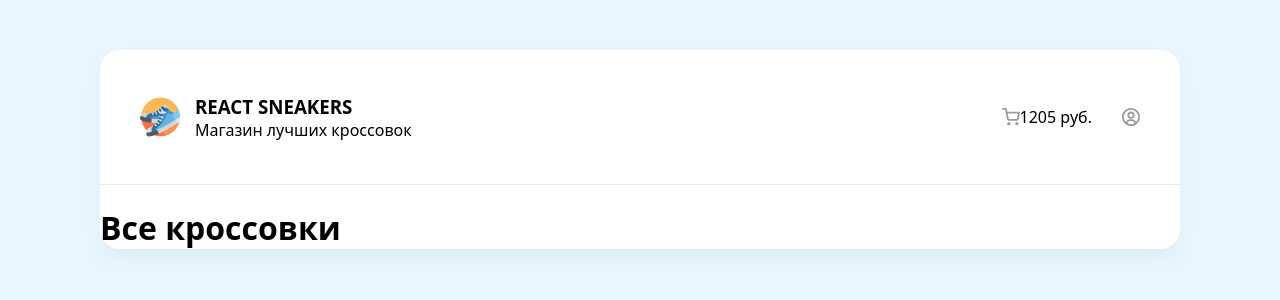
Repository: VaheHarutyunyan/react-sneakers
Page: /
An editor plug-in stored every save of this project. The page is shown before and after the next save, followed by the edit.
The browser window is 1280 px wide. The pictures show the whole page.
The project was rebuilt for these pictures with package versions that can differ from the ones it lists, and the page was loaded fresh each time.

Above is the page before, as saved 2021-07-22 12:59:45.

### src/index.scss
body {
  margin: 0;
  font-family: system-ui;
  -webkit-font-smoothing: antialiased;
  -moz-osx-font-smoothing: grayscale;
  background: #E7F6FF;
}
*{
  list-style: none;
  text-decoration: none;
}
.wrapper{
  background: #FFFFFF;
  box-shadow: 0px 10px 20px rgba(0, 0, 0, 0.04);
  border-radius: 20px;
  max-width: 1080px;
  margin: 50px auto;
}
header{
  display: flex;
  justify-content: space-between;
  align-items: center;
  padding: 40px;
  border-bottom: 1px solid #EAEAEA;

  .headerLeft{
    display: flex;
    align-items: center;

    img{
      margin-right: 15px;
    }
    h3,p{
      margin: 0;
    }
    .headerInfo{
      h3{
        text-transform: uppercase;
      }
    }
  }
  .headerRight{
    display: flex;
    li{
      display: flex;
      align-items: center;
    }
    .chart{
      margin-right: 30px;
    }
  }
}

### src/App.js

function App() {
  return (
    <div className="wrapper">
      <header>
        <div className="headerLeft">
          <img width="40" height="40" src="/img/logo.png" alt="logo" />
          <div className="headerInfo">
            <h3>REACT SNEAKERS</h3>
            <p>Магазин лучших кроссовок</p>
          </div>
        </div>
        <ul className="headerRight">
          <li className="chart">
            <img src="/img/cart.svg" width={18} height={18} alt="" />
            <span>1205 руб.</span>
          </li>
          <li>
            <img src="/img/user.svg" width={18} height={18} alt="" />
          </li>
        </ul>
      </header>
      <div className="content">
        <h1>Все кроссовки</h1>
      </div>
    </div>
  );
}

export default App;

Loaded but not shown: public/index.html (common file); src/index.js (common file)

After the next save:
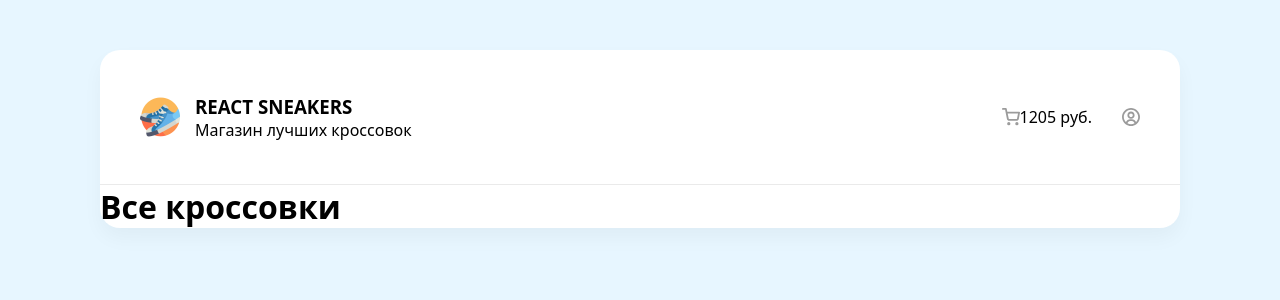
Saved 43 s later.
--- a/src/index.scss
+++ b/src/index.scss
@@ -50,3 +50,8 @@
     }
   }
 }
+.content{
+  h1{
+    margin: 0;
+  }
+}
